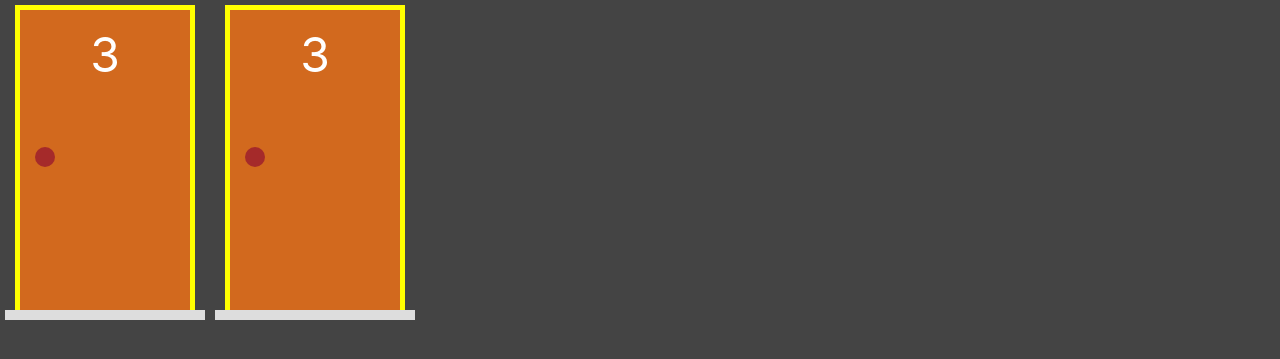
Repository: Mira757/Projeto-Porta-Premiada
Page: /
These files come from the project's save history. The page is drawn as it stood at one moment and after the next save; the edit follows.
The browser window is 1280 px wide. The pictures show the whole page.
The project was rebuilt for these pictures with package versions that can differ from the ones it lists, and the page was loaded fresh each time. The framework's server and built-in components were replaced by stand-ins that run in the browser. Also part of the build but not shown: next.config.js, styles/Presente.module.css, components/Presente.jsx.

Above is the page before, as saved 2022-03-16 18:45:16.

After the next save:
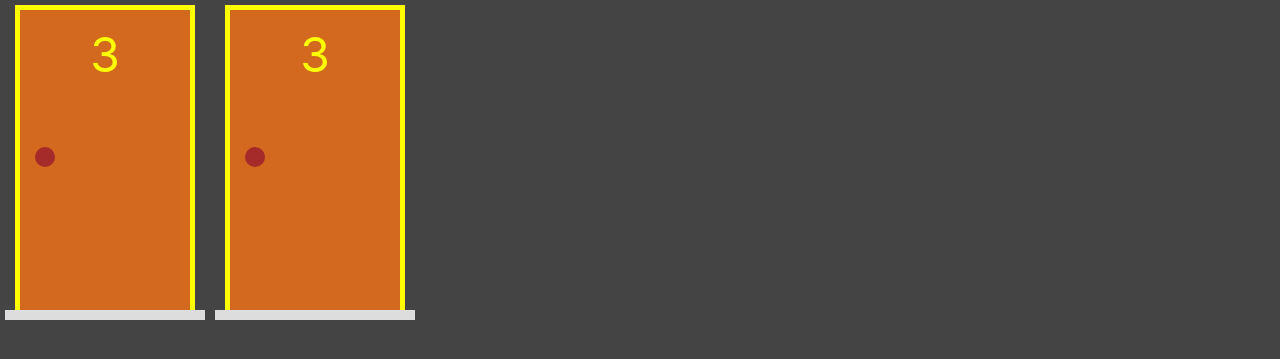
Saved 31 s later.
--- a/styles/Porta.module.css
+++ b/styles/Porta.module.css
@@ -51,3 +51,7 @@
   border-right: 5px solid yellow;
   border-top: 5px solid yellow;
 }
+
+.selecionada .numero {
+  color: yellow;
+}
